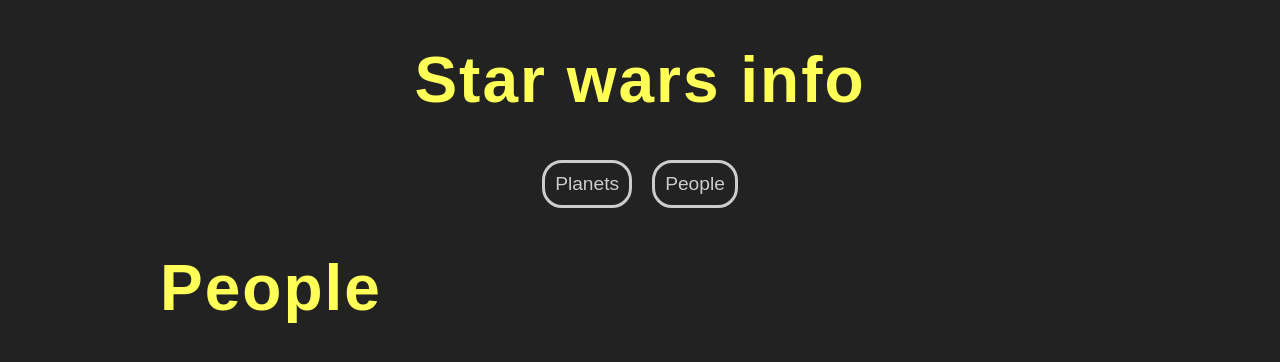
Repository: Pavlin-React/React-useQuery
Page: /, after clicking the first element matching `nav > :nth-child(2)`
The author's editor kept a copy of each file at every save. The page is drawn from the files as they stood at one save, then again after the next save.
The browser window is 1280 px wide. The pictures show the whole page.
The project was rebuilt for these pictures with package versions that can differ from the ones it lists, and the page was loaded fresh each time.

Above is the page before, as saved 2021-05-09 19:06:12.

After the next save:
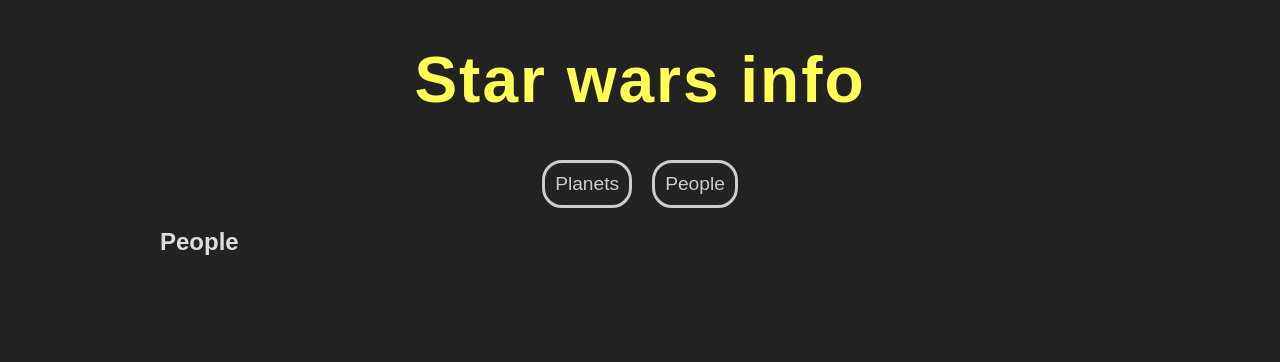
Saved 8 s later.
--- a/src/components/People.js
+++ b/src/components/People.js
@@ -1,6 +1,6 @@
 const People = () => {
   return (
-    <h1>People</h1>
+    <h2>People</h2>
   );
 }
 
